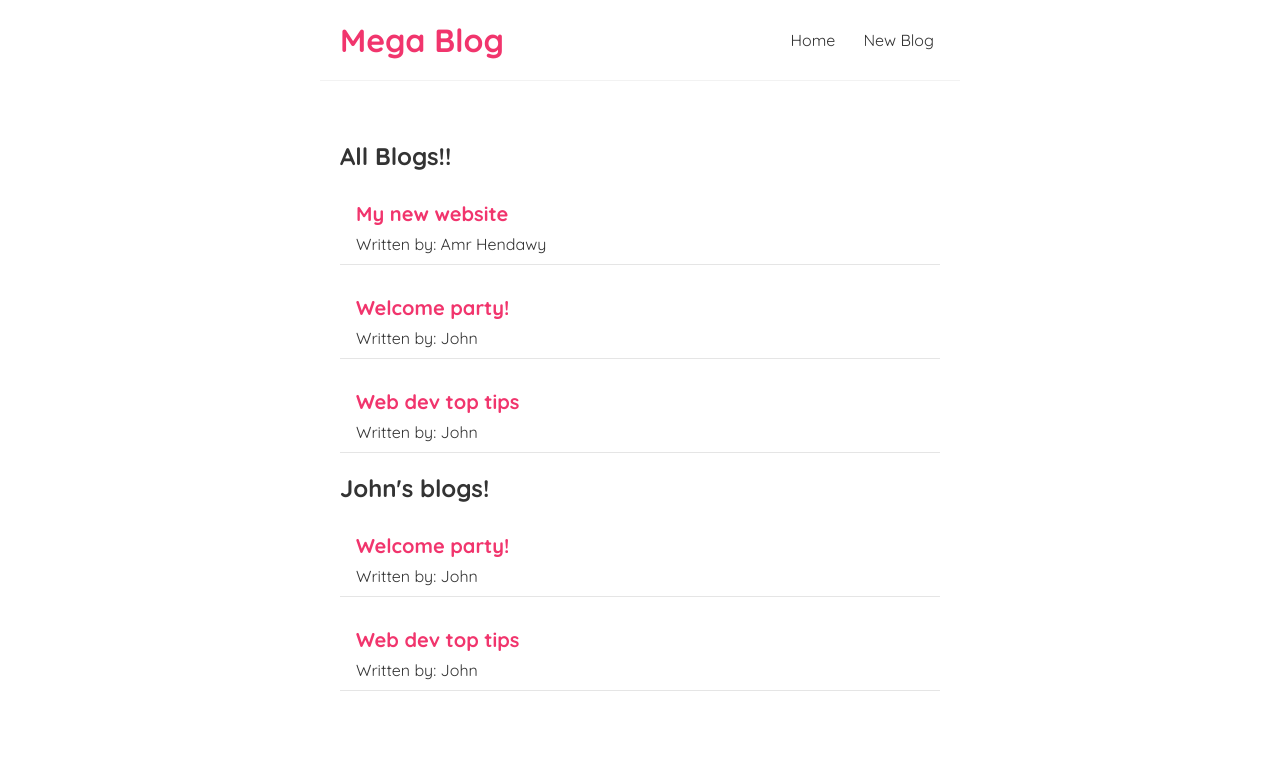
Repository: Amr-Hendawy/blog
Page: /
These files come from the project's save history. The page is drawn as it stood at one moment and after the next save; the edit follows.
The browser window is 1280 px wide. The pictures show the whole page.
The project was rebuilt for these pictures with package versions that can differ from the ones it lists, and the page was loaded fresh each time.

Above is the page before, as saved 2022-10-28 01:17:26.

### src/index.css
@import url("https://fonts.googleapis.com/css2?family=Quicksand:wght@300;400;500;600;700&display=swap");
/* base styles */
* {
  margin: 0;
  font-family: "Quicksand";
  color: #333;
}
.navbar {
  padding: 20px;
  display: flex;
  align-items: center;
  max-width: 600px;
  margin: 0 auto;
  border-bottom: 1px solid #f2f2f2;
}
.navbar h1 {
  color: #f1356d;
}
.navbar .links {
  margin-left: auto;
}
.navbar a {
  margin-left: 16px;
  text-decoration: none;
  padding: 6px;
}
.navbar a:hover {
  color: #f1356d;
}
.content {
  max-width: 600px;
  margin: 40px auto;
  padding: 20px;
}
/*blog previews / list*/

.blog-preview {
  padding: 10px 16px;
  margin: 20px 0;
  border-bottom: 1px solid rgba(0, 0, 0, 0.1);
}

.blog-preview:hover {
  box-shadow: 1px 3px 5px rgba(0, 0, 0, 0.1);
}
.blog-preview h2 {
  font-size: 20px;
  color: #f1356d;
  margin-bottom: 8px;
}

### src/App.js
import Home from "./Components/Home/Home";
import { Navbar } from "./Components/Navbar/Navbar.jsx";

function App() {
  return (
    <div className="App">
      <Navbar />
      <div className="content">
        <Home />
      </div>
    </div>
  );
}

export default App;

### src/Components/Home/Home.js
import { useState } from "react";
import BlogList from "../BlogList/BlogList";

const Home = () => {
  let [blogs, setBlogs] = useState([
    {
      id: 1,
      author: "Amr Hendawy",
      title: "My new website",
      body: "English Teacher",
    },
    {
      id: 2,
      author: "John",
      title: "Welcome party!",
      body: "German Guide",
    },
    {
      id: 3,
      author: "John",
      title: "Web dev top tips",
      body: "Doctor",
    },
  ]);

  return (
    <div className="home">
      <BlogList test={blogs} title="All Blogs!!" />
      <BlogList
        test={blogs.filter((el) => el.author === "John")}
        title="John's blogs!"
      />
    </div>
  );
};

export default Home;

### src/Components/Navbar/Navbar.jsx
import React from "react";

export const Navbar = () => {
  return (
    <div className="navbar">
      <h1>Mega Blog</h1>
      <div className="links">
        <a href="/Home">Home</a>
        <a href="/create">New Blog</a>
      </div>
    </div>
  );
};

### src/Components/BlogList/BlogList.js
import React from "react";

const BlogList = ({ test, title }) => {
  return (
    <div>
      <h2>{title}</h2>
      {test.map((el) => (
        <div className="blog-preview" key={el.id}>
          <h2> {el.title}</h2>
          <p> Written by: {el.author}</p>
        </div>
      ))}
    </div>
  );
};

export default BlogList;

Loaded but not shown: src/index.js (common file)

After the next save:
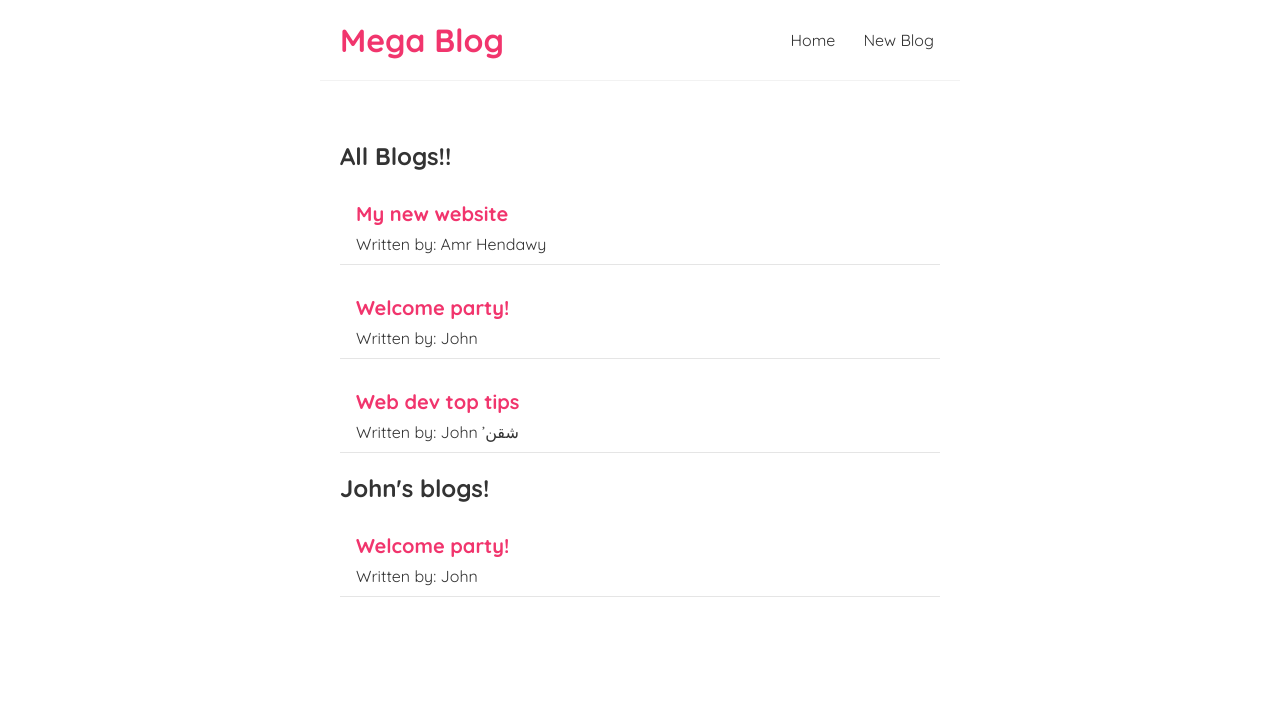
Saved 54 s later.
--- a/src/Components/Home/Home.js
+++ b/src/Components/Home/Home.js
@@ -17,7 +17,7 @@
     },
     {
       id: 3,
-      author: "John",
+      author: "John ’شقن",
       title: "Web dev top tips",
       body: "Doctor",
     },

After the save that followed:
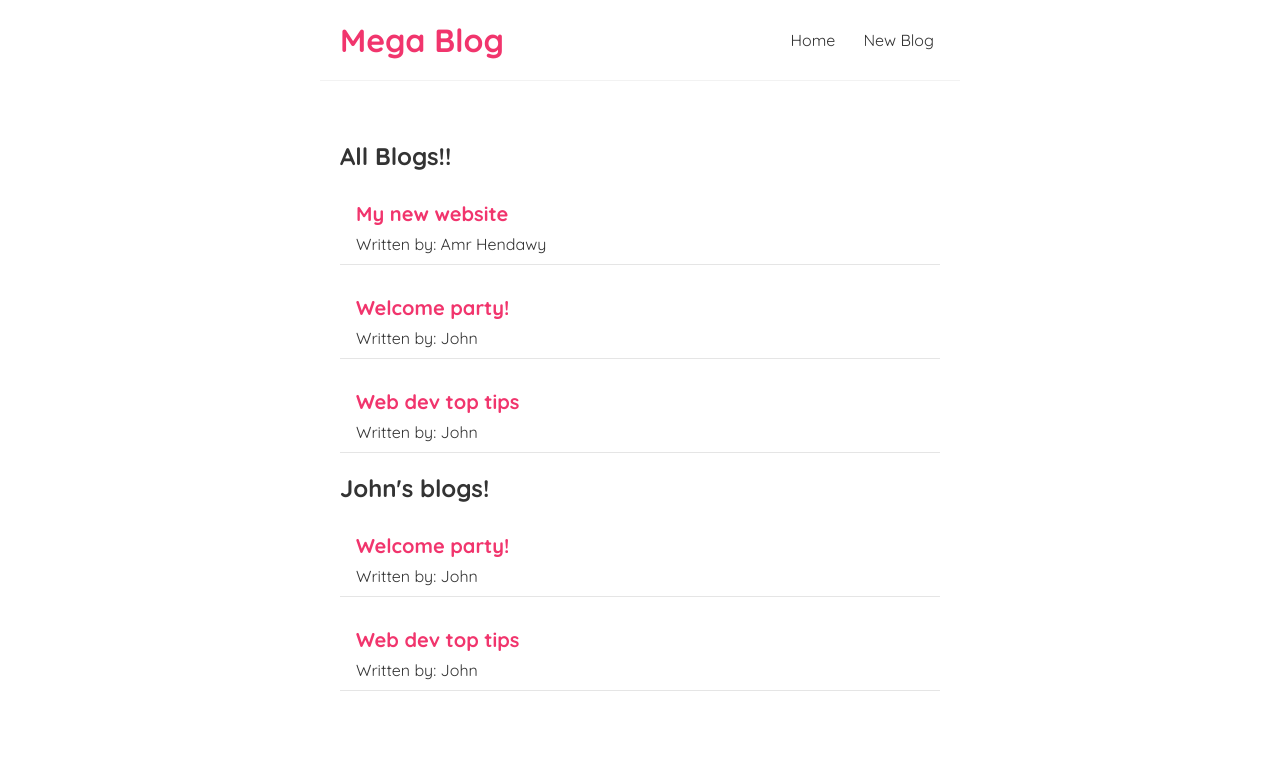
Saved 5 s later.
--- a/src/Components/Home/Home.js
+++ b/src/Components/Home/Home.js
@@ -17,7 +17,7 @@
     },
     {
       id: 3,
-      author: "John ’شقن",
+      author: "John",
       title: "Web dev top tips",
       body: "Doctor",
     },
